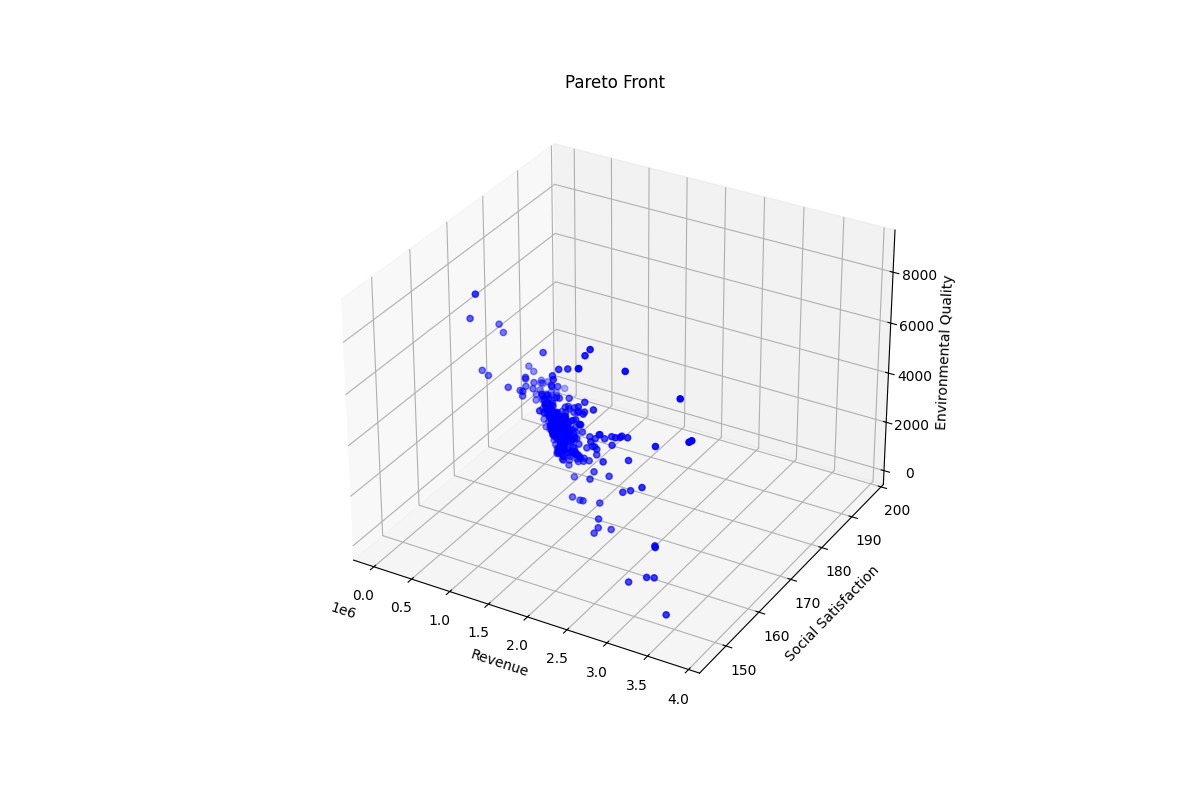
Repository: Kevinye0116/MCM
Script's output: python Coding/trial2.py
An editor plug-in stored every save of this project. The script's output is shown before and after the next save, followed by the edit.
Random numbers start from a fixed seed.

Above is the script's output before, as saved 2025-01-25 11:13:23.

After the next save:
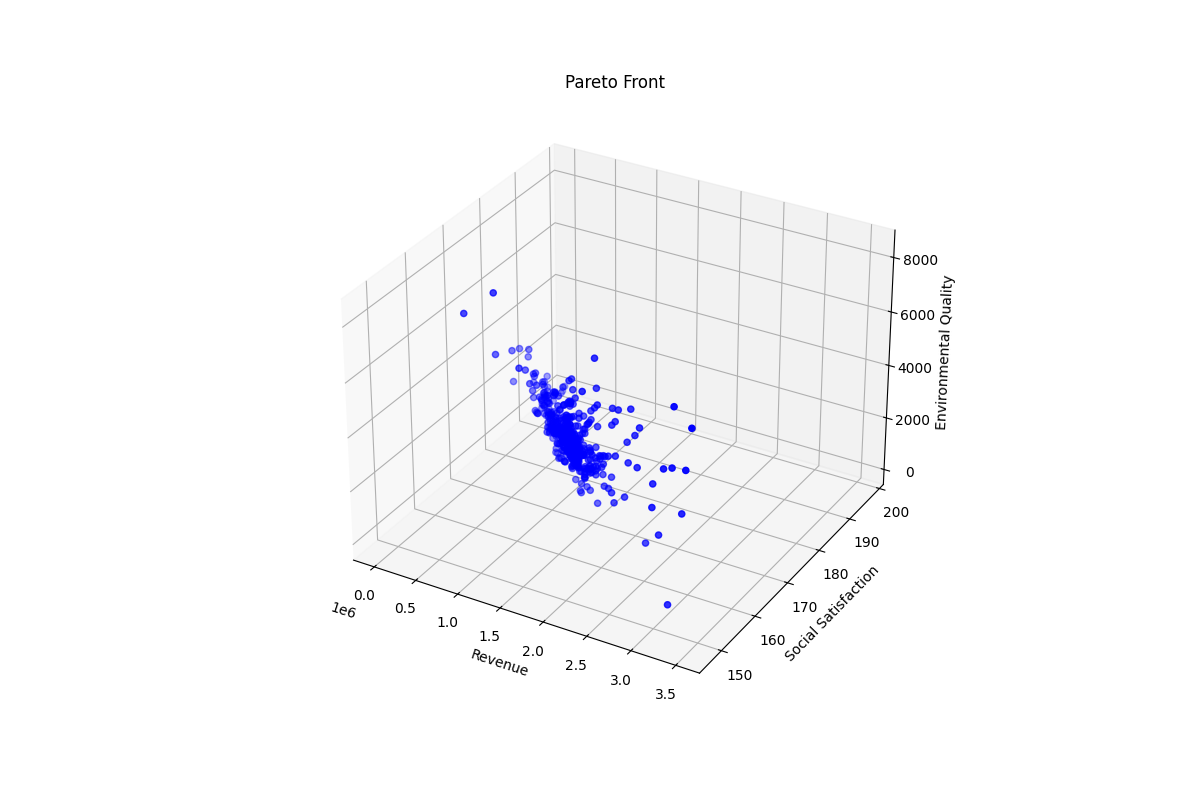
Saved 111 s later.
--- a/Coding/trial2.py
+++ b/Coding/trial2.py
@@ -27,7 +27,7 @@ class TourismOptimization:
         self.delta = 0.05  # 环境影响因子
 
         # 约束条件上限
-        self.Nt_max = 10000  # 最大游客数量
+        self.Nt_max = 5000000  # 最大游客数量
         self.tau_max = 100  # 最大旅游税
         self.Pt_max = 1000  # 最大游客消费
         self.CO2_max = 500000  # 最大碳排放量
